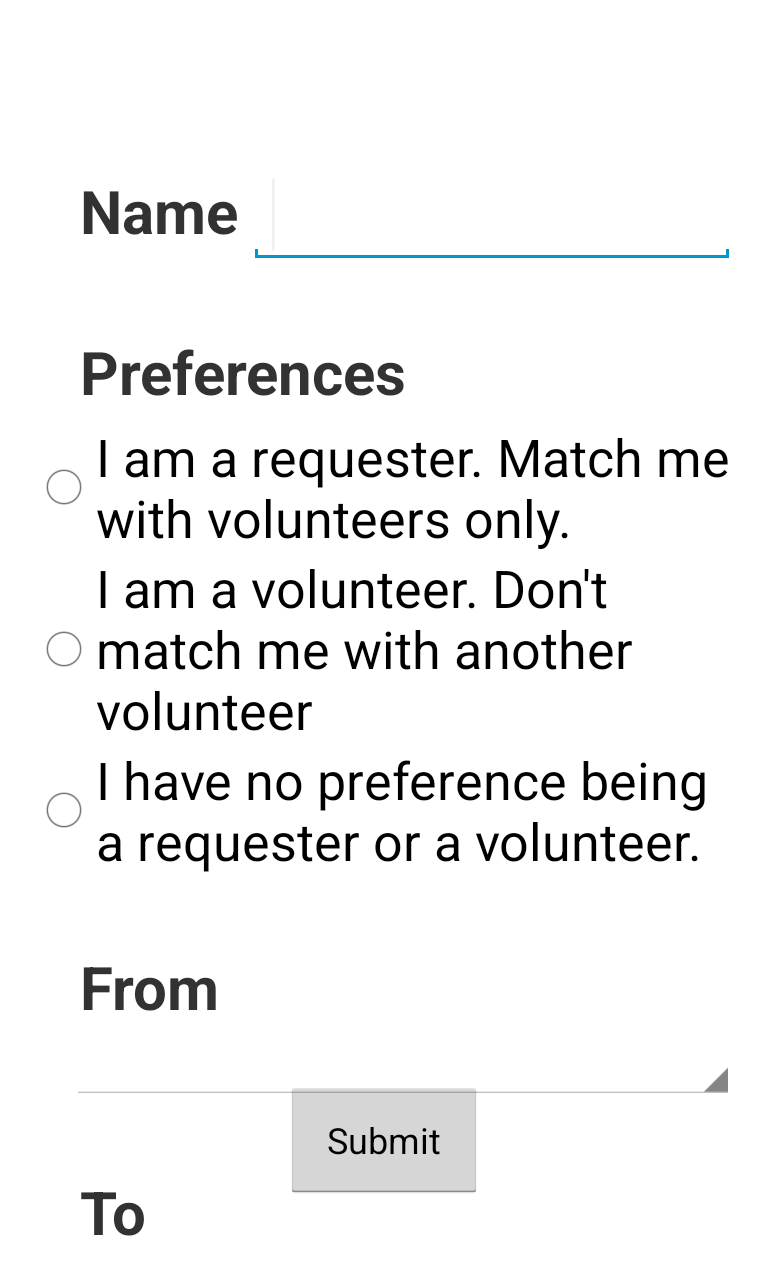
Repository: rwillmot/CS180-SafeWalk-Phase2
Layout: SafeWalkAndroidClient/res/layout/client_fragment_layout.xml
The author's editor kept a copy of each file at every save. The layout is drawn from the files as they stood at one save, then again after the next save.
It is drawn on a 768 x 1280 px phone screen (xhdpi) without system bars, with theme AppTheme; the app's code is not run.

Above is the layout before, as saved 2014-12-04 04:12:50.

### SafeWalkAndroidClient/res/layout/client_fragment_layout.xml
<RelativeLayout xmlns:android="http://schemas.android.com/apk/res/android"
    xmlns:tools="http://schemas.android.com/tools"
    android:layout_width="match_parent"
    android:layout_height="match_parent"
    android:paddingBottom="@dimen/activity_vertical_margin"
    android:paddingLeft="@dimen/activity_horizontal_margin"
    android:paddingRight="@dimen/activity_horizontal_margin"
    android:paddingTop="@dimen/activity_vertical_margin"
    tools:context="edu.purdue.rwillmo.MainActivity" >

    <!-- TODO your layout here -->

    <Button
        android:id="@+id/bu_submit"
        android:layout_width="wrap_content"
        android:layout_height="wrap_content"
        android:layout_alignParentBottom="true"
        android:layout_centerHorizontal="true"
        android:layout_marginBottom="24dp"
        android:enabled="true"
        android:gravity="center"
        android:minHeight="60dp"
        android:minWidth="100dp"
        android:onClick="onSubmit"
        android:padding="@dimen/padding"
        android:text="@string/submit" />

    <EditText
        android:id="@+id/tv_name"
        android:layout_width="wrap_content"
        android:layout_height="wrap_content"
        android:layout_alignBaseline="@+id/et_name"
        android:layout_alignBottom="@+id/et_name"
        android:layout_toRightOf="@+id/et_name"
        android:ems="10"
        android:inputType="text"
        android:text=""
        android:textSize="26sp" >
        <requestFocus />
    </EditText>

    <TextView
        android:id="@+id/et_name"
        android:layout_width="wrap_content"
        android:layout_height="wrap_content"
        android:layout_alignParentLeft="true"
        android:layout_alignParentTop="true"
        android:layout_marginLeft="19dp"
        android:layout_marginTop="64dp"
        android:padding="@dimen/padding"
        android:text="@string/name"
        android:textSize="30sp"
        android:textStyle="bold" />

    <RadioGroup

        android:id="@+id/radioGroup1"
        android:layout_width="fill_parent"
        android:layout_height="wrap_content"
        android:orientation="vertical"
        android:layout_below="@+id/et_preferences"
        android:textSize="30sp">



    <RadioButton
        android:id="@+id/radio_requester"
        android:layout_width="wrap_content"
        android:layout_height="wrap_content"
        android:layout_above="@+id/radio_volunteer"
        android:layout_alignLeft="@+id/radio_volunteer"
        android:onClick="onRadioButtonClicked"
        android:text="@string/requester"
        android:textSize="26sp" />
    <RadioButton
        android:id="@+id/radio_volunteer"
        android:layout_width="wrap_content"
        android:layout_height="wrap_content"
        android:layout_alignRight="@+id/tv_name"
        android:layout_centerVertical="true"
        android:layout_below="@+id/radio_requester"
        android:onClick="onRadioButtonClicked"
        android:text="I am a volunteer. Don't match me with another volunteer"
        android:textSize="26sp" />
    <RadioButton
        android:id="@+id/radio_neutral"
        android:layout_width="wrap_content"
        android:layout_height="wrap_content"
        android:layout_below="@+id/radio_volunteer"
        android:layout_alignLeft="@+id/radio_requester"
        android:onClick="onRadioButtonClicked"
        android:text="@string/neutral"
        android:textSize="26sp"/>
</RadioGroup>

      <TextView
        android:id="@+id/et_preferences"
        android:layout_width="wrap_content"
        android:layout_height="wrap_content"
        android:layout_below="@+id/et_name"

        android:layout_marginLeft="19dp"
        android:layout_marginTop="30dp"
        android:padding="@dimen/padding"
        android:text="@string/preferences"
        android:textSize="30sp"
        android:textStyle="bold" />

      <TextView
        android:id="@+id/et_from"
        android:layout_width="wrap_content"
        android:layout_height="wrap_content"
        android:layout_below="@+id/radioGroup1"

        android:layout_marginLeft="19dp"
        android:layout_marginTop="30dp"
        android:padding="@dimen/padding"
        android:text="@string/from"
        android:textSize="30sp"
        android:textStyle="bold" />

      <TextView
        android:id="@+id/et_to"
        android:layout_width="wrap_content"
        android:layout_height="wrap_content"
        android:layout_below="@+id/from_spinner"
        android:layout_marginLeft="19dp"
        android:layout_marginTop="30dp"
        android:padding="@dimen/padding"
        android:text="@string/to"
        android:textSize="30sp"
        android:textStyle="bold" />

     <Spinner
         android:id="@+id/to_spinner"
         android:layout_width="fill_parent"
         android:layout_height="wrap_content"
         android:layout_alignLeft="@+id/et_to"
         android:layout_below="@+id/et_to"
         android:layout_marginBottom="10dp" />

     <Spinner
         android:id="@+id/from_spinner"
         android:layout_width="fill_parent"
         android:layout_height="wrap_content"
         android:layout_alignLeft="@+id/et_from"
         android:layout_below="@+id/et_from" />

</RelativeLayout>

### SafeWalkAndroidClient/res/values/styles.xml
<resources xmlns:android="http://schemas.android.com/apk/res/android">

    <!--
        Base application theme, dependent on API level. This theme is replaced
        by AppBaseTheme from res/values-vXX/styles.xml on newer devices.
    -->
    <style name="AppBaseTheme" parent="android:Theme.Light">
        <!--
            Theme customizations available in newer API levels can go in
            res/values-vXX/styles.xml, while customizations related to
            backward-compatibility can go here.
        -->
    </style>

    <!-- Application theme. -->
    <style name="AppTheme" parent="AppBaseTheme">

        <!-- All customizations that are NOT specific to a particular API-level can go here. -->
    </style>

    <style name="TitleBarText">
        <item name="android:layout_width">0dp</item>
        <item name="android:layout_height">fill_parent</item>
        <item name="android:layout_weight">1</item>
        <item name="android:gravity">center_vertical</item>
        <item name="android:textSize"> 17sp </item>
        <item name="android:paddingLeft">12dip</item>
        <item name="android:paddingRight">12dip</item>
        <item name="android:textColor">@color/white</item>
        <item name="android:singleLine">true</item>
        <item name="android:ellipsize">end</item>
    </style>

    <style name="ActionBarButton">
        <item name="android:layout_width">wrap_content</item>
        <item name="android:layout_height">wrap_content</item>
        <item name="android:background">@color/menu_button</item>
        <item name="android:textColor">@color/white</item>
        <item name="android:ellipsize">end</item>
        <item name="android:singleLine">true</item>
        <item name="android:textSize">@dimen/text_size_small</item>
    </style>

    <style name="MyActionBar" parent="@android:style/Widget.Holo.Light.ActionBar">
        <item name="android:background">@color/action_bar</item>
    </style>

</resources>

### SafeWalkAndroidClient/res/values/dimens.xml
<resources>

    <!-- Default screen margins, per the Android Design guidelines. -->
    <dimen name="activity_horizontal_margin">16dp</dimen>
    <dimen name="activity_vertical_margin">16dp</dimen>
    <dimen name="padding">5dp</dimen>
    <dimen name="title_size">28sp</dimen>
    <dimen name="text_size_medium">24sp</dimen>
    <dimen name="text_size_small">20sp</dimen>
    <dimen name="margin_bigline">20dp</dimen>
    <dimen name="min_button_width">100dp</dimen>
    <dimen name="margin_top">50dp</dimen>
    <dimen name="margin_left">60dp</dimen>
    <dimen name="margin_right">60dp</dimen>

    <dimen name="margin_line">30dp</dimen>

</resources>

### SafeWalkAndroidClient/res/values/colors.xml
<resources>

    <!-- Default screen margins, per the Android Design guidelines. -->
    <color name="white">#FFFFFFFF</color>
    <color name="light_grey">#FFD8D9DF</color>
    <color name="dark_grey">#FF595C6E</color>
    <color name="salmon">#FFFFA239</color>
    <color name="submit">#FFAD5700</color>
    <color name="action_bar">#991B1969</color>
    <color name="menu_button">#FF545385</color>
</resources>

### SafeWalkAndroidClient/res/values/strings.xml
<?xml version="1.0" encoding="utf-8"?>
<resources>
    <string name="app_name">SafeWalk</string>
    <string name="server">Server</string>
    <string name="client">Client</string>
    <string name="submit">Submit</string>
    <string name="match">Match</string>
    <string name="start_over">Start Over</string>
    <string name="default_host">10.0.2.2</string>
    <string name="default_port">8888</string>
    <string name="default_command">:FAKE_COMMAND</string>
    <string name="host">Host</string>
    <string name="port">Port</string>
    <string name="name">Name</string>
    <string name="requester">I am a requester. Match me with volunteers only.</string>
    <string name="volunteer">I am a volunteer. Don&amp;apos;t match me with another volunteer</string>
    <string name="neutral">I have no preference being a requester or a volunteer.</string>
    <string name="preferences">Preferences</string>
    <string name="from">From</string>
    <string name="to">To</string>
</resources>

Loaded but not shown: SafeWalkAndroidClient/res/values-v11/styles.xml (common file); SafeWalkAndroidClient/res/values-v14/styles.xml (common file); SafeWalkAndroidClient/res/values-w820dp/dimens.xml (common file)

After the next save:
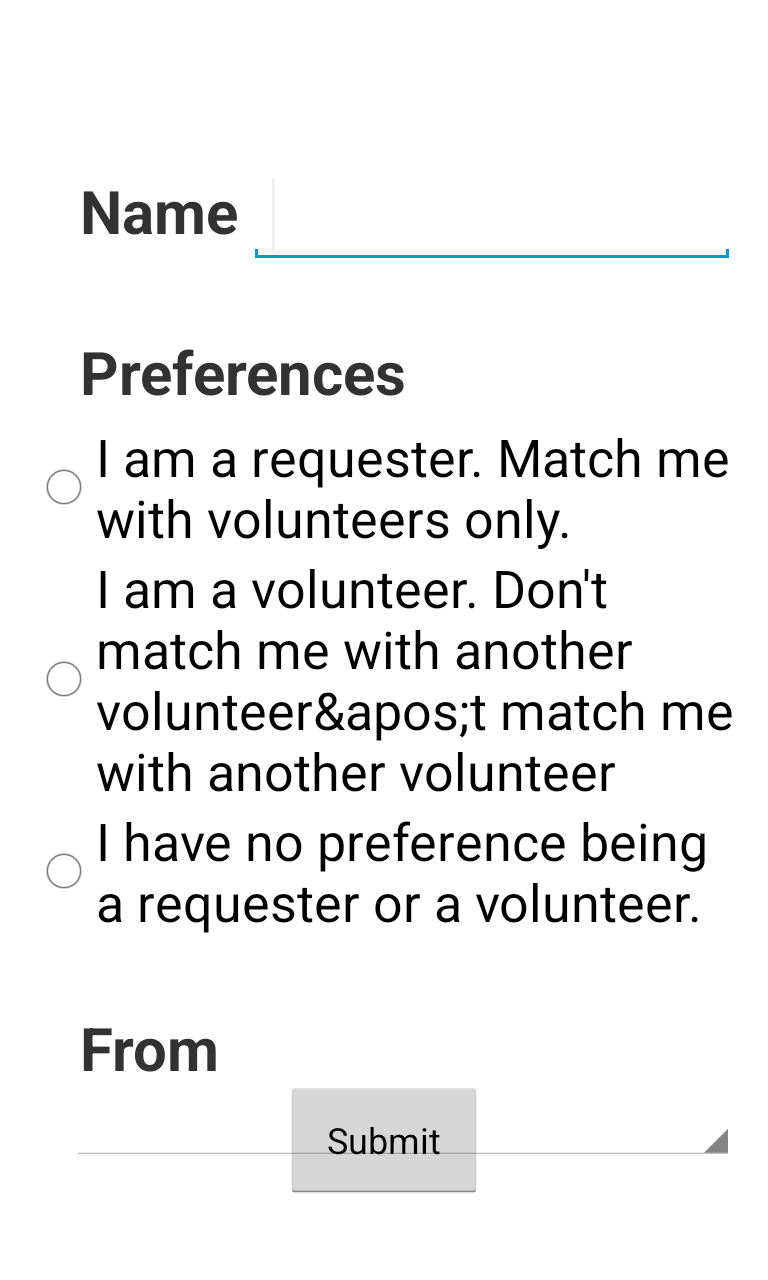
Saved 22 s later.
--- a/SafeWalkAndroidClient/res/layout/client_fragment_layout.xml
+++ b/SafeWalkAndroidClient/res/layout/client_fragment_layout.xml
@@ -80,7 +80,7 @@
         android:layout_centerVertical="true"
         android:layout_below="@+id/radio_requester"
         android:onClick="onRadioButtonClicked"
-        android:text="I am a volunteer. Don't match me with another volunteer"
+        android:text="@string/volunteer"
         android:textSize="26sp" />
     <RadioButton
         android:id="@+id/radio_neutral"
--- a/SafeWalkAndroidClient/res/values/strings.xml
+++ b/SafeWalkAndroidClient/res/values/strings.xml
@@ -13,7 +13,7 @@
     <string name="port">Port</string>
     <string name="name">Name</string>
     <string name="requester">I am a requester. Match me with volunteers only.</string>
-    <string name="volunteer">I am a volunteer. Don&amp;apos;t match me with another volunteer</string>
+    <string name="volunteer">I am a volunteer. Don\'t match me with another volunteer&amp;apos;t match me with another volunteer</string>
     <string name="neutral">I have no preference being a requester or a volunteer.</string>
     <string name="preferences">Preferences</string>
     <string name="from">From</string>

After the save that followed:
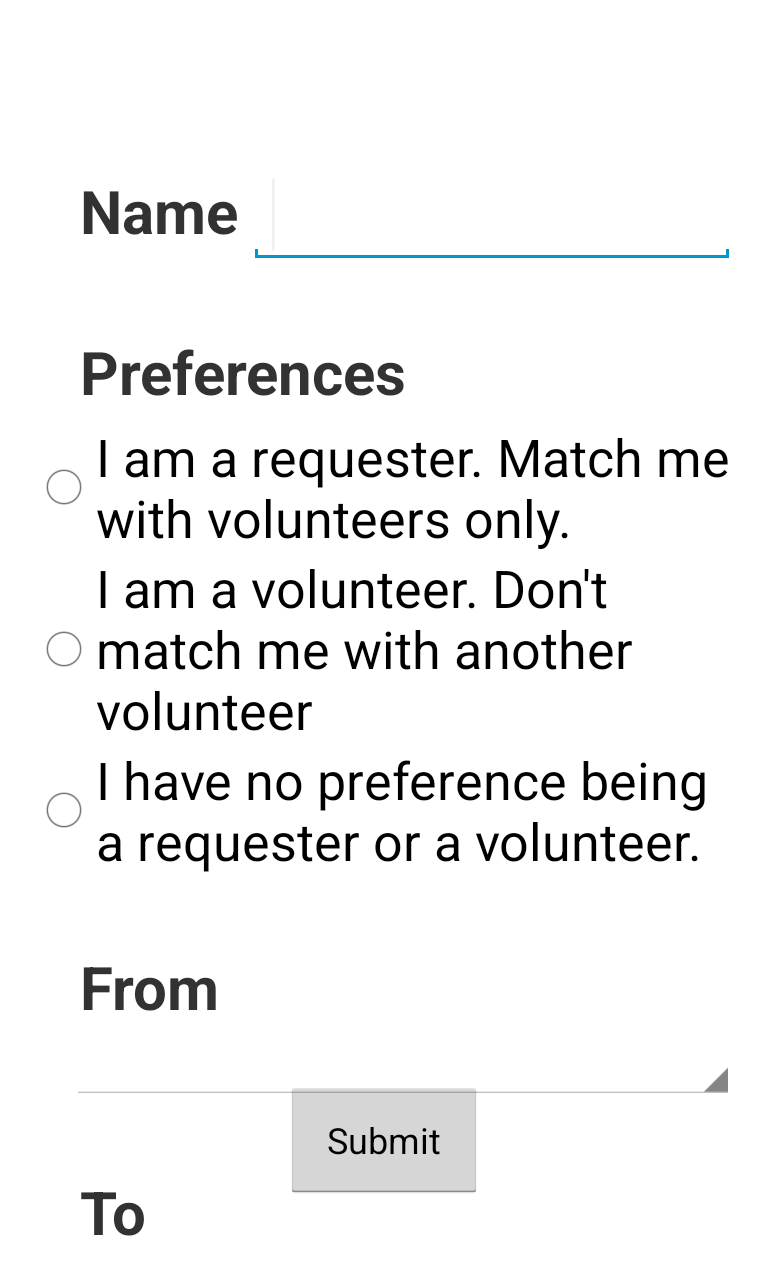
Saved 80 s later.
--- a/SafeWalkAndroidClient/res/layout/client_fragment_layout.xml
+++ b/SafeWalkAndroidClient/res/layout/client_fragment_layout.xml
@@ -80,7 +80,7 @@
         android:layout_centerVertical="true"
         android:layout_below="@+id/radio_requester"
         android:onClick="onRadioButtonClicked"
-        android:text="@string/volunteer"
+        android:text="I am a volunteer. Don't match me with another volunteer"
         android:textSize="26sp" />
     <RadioButton
         android:id="@+id/radio_neutral"
